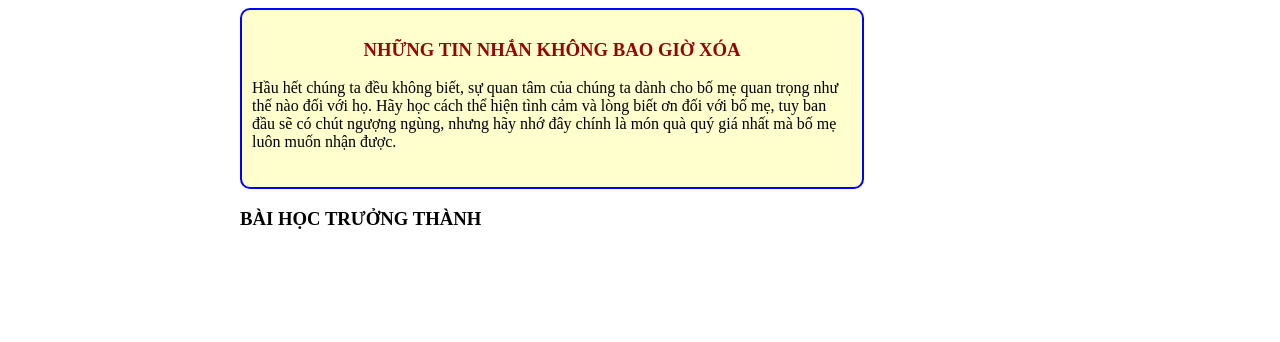
Repository: Tan-Khang21/TH_TKW--Buoi_06
Page: Bai_Tap_Mau/Bai_01/Css1.html
An editor plug-in stored every save of this project. The page is shown before and after the next save, followed by the edit.
The browser window is 1280 px wide. The pictures show the whole page.

Above is the page before, as saved 2024-03-11 15:59:35.

### Bai_Tap_Mau/Bai_01/Css1.html
<!DOCTYPE html>
<html lang="en">
  <head>
    <meta charset="UTF-8" />
    <meta name="viewport" content="width=device-width, initial-scale=1.0" />
    <title>Document</title>
  </head>
  <body>
    <div style="width: 800px; margin: 0 auto">
      <div
        style="
          width: 600px;
          padding: 10px;
          padding-bottom: 20px;
          border: 2px solid blue;
          background-color: #fffecd;
          border-radius: 10px;
        "
      >
        <h3 style="text-align: center; color: #950504">
          NHỮNG TIN NHẮN KHÔNG BAO GIỜ XÓA
        </h3>
        <p>
          Hầu hết chúng ta đều không biết, sự quan tâm của chúng ta dành cho bố
          mẹ quan trọng như thế nào đối với họ. Hãy học cách thể hiện tình cảm
          và lòng biết ơn đối với bố mẹ, tuy ban đầu sẽ có chút ngượng ngùng,
          nhưng hãy nhớ đây chính là món quà quý giá nhất mà bố mẹ luôn muốn
          nhận được.
        </p>
      </div>
      <div>
        <h3>BÀI HỌC TRƯỞNG THÀNH</h3>
      </div>
    </div>
  </body>
</html>

After the next save:
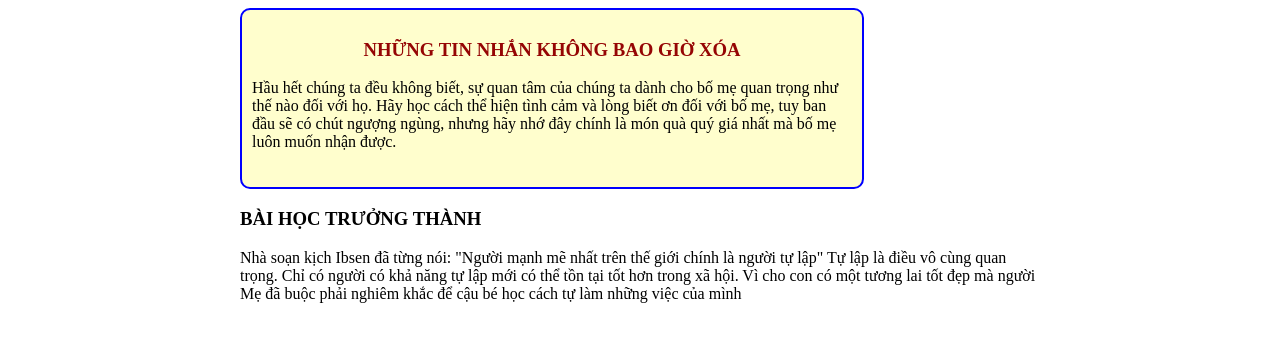
Saved 15 s later.
--- a/Bai_Tap_Mau/Bai_01/Css1.html
+++ b/Bai_Tap_Mau/Bai_01/Css1.html
@@ -30,6 +30,13 @@
       </div>
       <div>
         <h3>BÀI HỌC TRƯỞNG THÀNH</h3>
+        <p>
+          Nhà soạn kịch Ibsen đã từng nói: "Người mạnh mẽ nhất trên thế giới
+          chính là người tự lập" Tự lập là điều vô cùng quan trọng. Chỉ có người
+          có khả năng tự lập mới có thể tồn tại tốt hơn trong xã hội. Vì cho con
+          có một tương lai tốt đẹp mà người Mẹ đã buộc phải nghiêm khắc để cậu
+          bé học cách tự làm những việc của mình
+        </p>
       </div>
     </div>
   </body>
